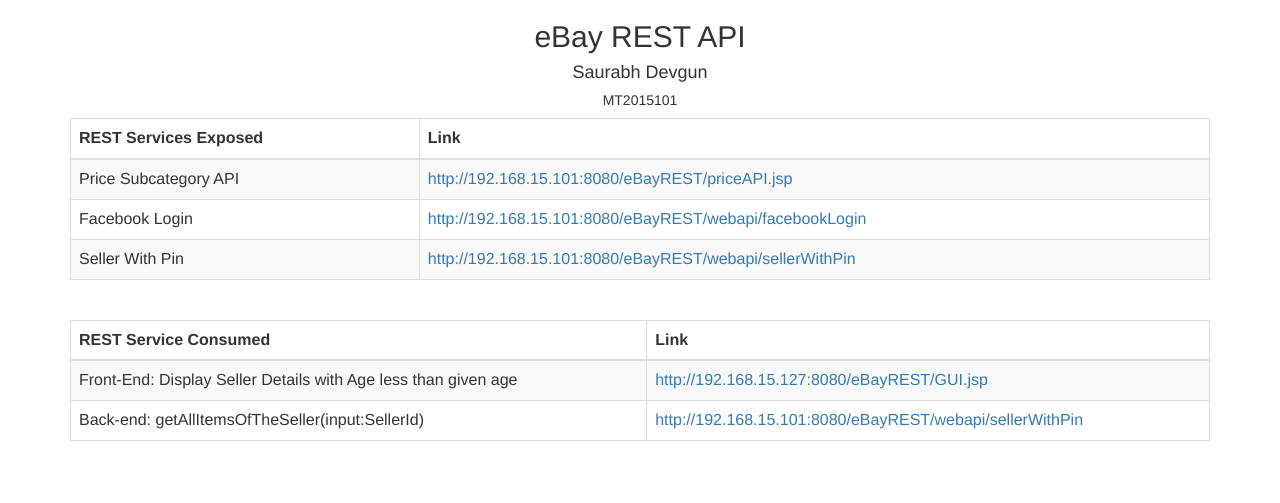
Repository: saurabh-devgun-iiitb/RESTProject
Page: http://localhost/eBayREST/
The author's editor kept a copy of each file at every save. The page is drawn from the files as they stood at one save, then again after the next save.
The browser window is 1280 px wide. The pictures show the whole page.
The page is served by Tomcat 9. Other server files are loaded and not shown.

Above is the page before, as saved 2016-07-23 05:17:28.

### eBayREST/WebContent/index.jsp
<html>
<head>
  <meta name="viewport" content="width=device-width, initial-scale=1">
  <link rel="stylesheet" href="http://maxcdn.bootstrapcdn.com/bootstrap/3.3.6/css/bootstrap.min.css">
  <script src="https://ajax.googleapis.com/ajax/libs/jquery/1.12.4/jquery.min.js"></script>
  <script src="http://maxcdn.bootstrapcdn.com/bootstrap/3.3.6/js/bootstrap.min.js"></script>
</head>
<body>
	<div align="center">
	    <h2>eBay REST API</h2>
	    <h4>Saurabh Devgun</h4>
	    <h5>MT2015101</h5>
    </div>
    <div class = "container">
    <table class="table table-hover table-striped table-bordered">
      <thead>
        <tr>
          <th>REST Services Exposed</th>
          <th>Link</th>
        </tr>
      </thead>
      <tbody>
        <tr>
          <td>Price Subcategory API</td>
          <td><a href="priceAPI.jsp">http://192.168.15.101:8080/eBayREST/priceAPI.jsp</a></td>
        </tr>
        <tr>
          <td>Facebook Login</td>
          <td><a href="loginThroughFacebook.jsp">http://192.168.15.101:8080/eBayREST/webapi/facebookLogin</a></td>
        </tr>
        <tr>
          <td>Seller With Pin</td>
          <td><a href="sellerWithPin.jsp">http://192.168.15.101:8080/eBayREST/webapi/sellerWithPin</a></td>
        </tr>
      </tbody>
    </table>
    </div>
    <br>
    <div class="container">
    	<table class="table table-hover table-striped table-bordered">
      <thead>
        <tr>
          <th>REST Service Consumed</th>
          <th>Link</th>
        </tr>
      </thead>
      <tbody>
        <tr>
          <td>Front-End: Display Seller Details with Age less than given age</td>
          <td><a href="http://192.168.15.127:8080/eBayREST/GUI.jsp">http://192.168.15.127:8080/eBayREST/GUI.jsp</a></td>
        </tr>
        <tr>
          <td>Back-end: getAllItemsOfTheSeller(input:SellerId)</td>
          <td><a href="http://192.168.15.78:8080/eBayREST/itemSeller">http://192.168.15.101:8080/eBayREST/webapi/sellerWithPin</a></td>
        </tr>
      </tbody>
    </table>
    </div>
    <!--
    <p><a href="priceAPI.jsp">Price API</a></p>
    <p><a href="loginThroughFacebook.jsp">Login through Facebook</a></p>
    <p><a href="sellerWithPin.jsp">Get Sellers In City with pin</a></p>
    -->
</body>
</html>

After the next save:
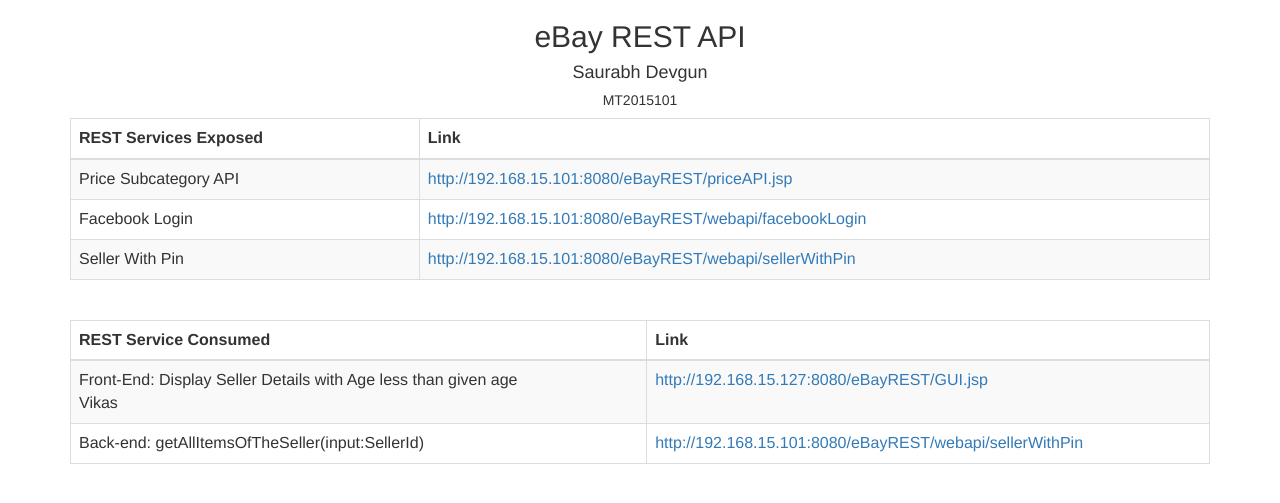
Saved 6 min 24 s later.
--- a/eBayREST/WebContent/index.jsp
+++ b/eBayREST/WebContent/index.jsp
@@ -46,7 +46,7 @@
       </thead>
       <tbody>
         <tr>
-          <td>Front-End: Display Seller Details with Age less than given age</td>
+          <td>Front-End: Display Seller Details with Age less than given age<br>Vikas </td>
           <td><a href="http://192.168.15.127:8080/eBayREST/GUI.jsp">http://192.168.15.127:8080/eBayREST/GUI.jsp</a></td>
         </tr>
         <tr>
